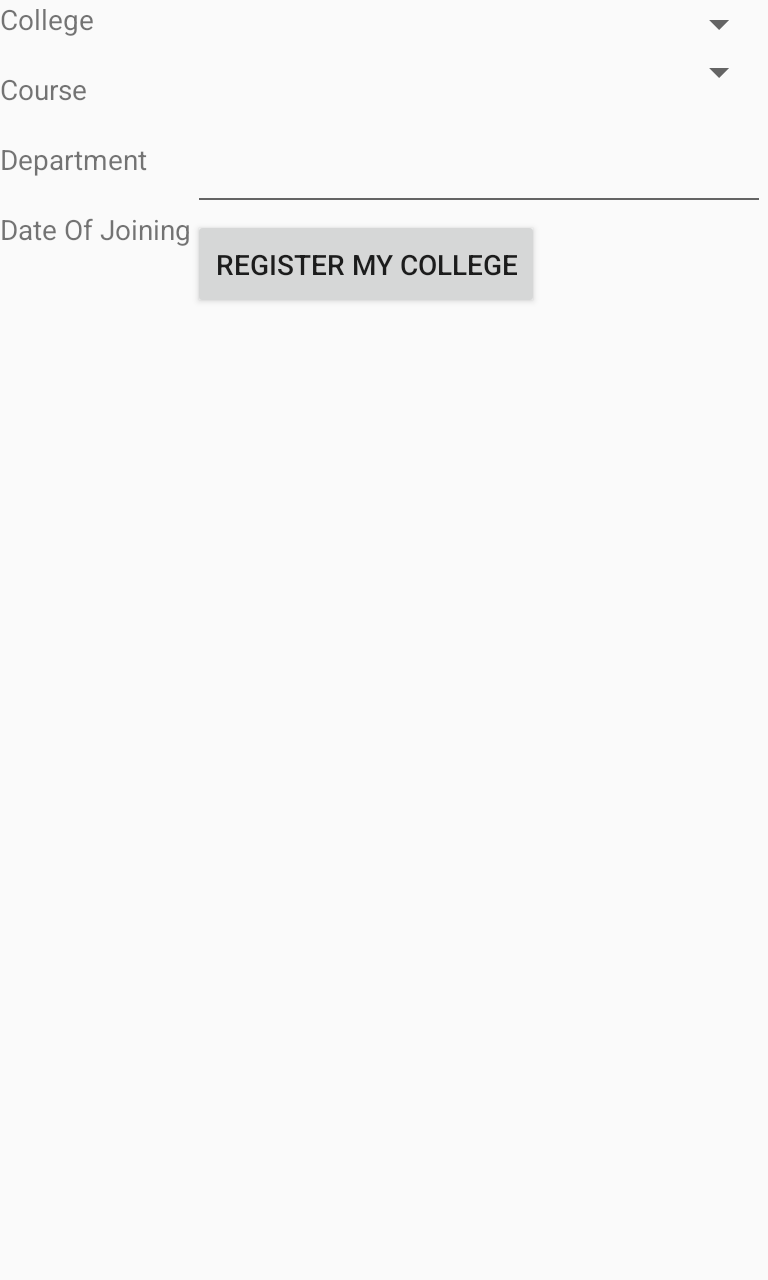
Repository: Prasannakumarb/CollegeMate
Layout: CollegeMate/CollegeMate/res/layout/activity_notification_home_screen.xml
An editor plug-in stored every save of this project. The layout is shown before and after the next save, followed by the edit.
It is drawn on a 768 x 1280 px phone screen (xhdpi) without system bars, with theme AppTheme; the app's code is not run.

Above is the layout before, as saved 2014-06-28 20:03:35.

### CollegeMate/CollegeMate/res/layout/activity_notification_home_screen.xml
<FrameLayout xmlns:android="http://schemas.android.com/apk/res/android"
    xmlns:tools="http://schemas.android.com/tools"
    android:id="@+id/container"
    android:layout_width="match_parent"
    android:layout_height="match_parent"
    tools:context="com.fyshadows.collegemate.RegistrationAdmin"
    tools:ignore="MergeRootFrame" >

    <LinearLayout
        android:layout_width="match_parent"
        android:layout_height="match_parent" >

        <LinearLayout
            android:layout_width="wrap_content"
            android:layout_height="match_parent"
            android:orientation="vertical" >

            <TextView
                android:id="@+id/Name"
                android:layout_width="wrap_content"
                android:layout_height="35dp"
                android:text="@string/college" />

            <TextView
                android:id="@+id/email"
                android:layout_width="wrap_content"
                android:layout_height="35dp"
                android:text="@string/course" />

            <TextView
                android:id="@+id/DOB"
                android:layout_width="wrap_content"
                android:layout_height="35dp"
                android:text="@string/dept" />

            <TextView
                android:id="@+id/sex"
                android:layout_width="wrap_content"
                android:layout_height="35dp"
                android:text="@string/yoj" />






        </LinearLayout>

        <LinearLayout
            android:layout_width="wrap_content"
            android:layout_height="match_parent"
            android:layout_weight="0.46"
            android:orientation="vertical" >


              <Spinner android:id="@+id/spincourse"
        android:layout_width="fill_parent"
        android:layout_height="wrap_content"/>

            <Spinner android:id="@+id/spindepart"
        android:layout_width="fill_parent"
        android:layout_height="wrap_content"/>



            <EditText
                android:id="@+id/editText_doj"
                android:layout_width="match_parent"
                android:layout_height="60dp"
                android:inputType="text" >
            </EditText>



            <Button
                android:id="@+id/Registeradmin"
                android:layout_width="wrap_content"
                android:layout_height="wrap_content"
                android:onClick="register"
                android:text="Register My College" />

        </LinearLayout>
    </LinearLayout>

</FrameLayout>

### CollegeMate/CollegeMate/res/values/strings.xml
<?xml version="1.0" encoding="utf-8"?>
<resources>

    <!-- App settings -->
    <string name="app_name">CollegeMate</string>
    <string name="action_settings">Settings</string>
    <string name="not_name">CollegeMate</string>

    <!-- Identification Screen -->
    <string name="Identify">Tell us your Role!</string>
    <string name="admin">ADMIN</string>
    <string name="student">STUDENT</string>

    <!-- Title -->
    <string name="Homescreen">Home</string>
    <string name="Friendlist">My Friends</string>

    <!-- Registration Screen -->
    <string name="title_activity_registration_admin">RegistrationAdmin</string>
    <string name="name">NAME</string>
    <string name="email">EMAIL</string>
    <string name="sex">SEX</string>
    <string name="dob">DOB</string>
    <string name="phone">Phone Number</string>
    <string name="Registeradmin">Continue to college details</string>
    <string name="selectPic">Select Picture</string>
    <string name="Browse">Browse</string>
    <string name="male">Male</string>
    <string name="female">Female</string>
    <string name="cityin">City In</string>

    <color name="BG">#F0EEEA</color>
    <color name="darkgrey">#C0C0C0</color>
    <color name="TopStrip">#9a4e20</color>
    <color name="acBarColor">#c1beb9</color>
    <color name="TopStripTextColor">#FFFFFF</color>
    <color name="TopStripborder">#4d4747</color>
    <color name="defaultTextColor">#302e2c</color>
    <color name="defaultButtonColor">#dddbd7</color>
    <color name="likeTextColor">#00CCFF</color>
    <color name="nonlikeTextColor">#908484</color>

    <!-- college Registration -->
    <string name="title_activity_admin_collegeregistraton">AdminCollegeregistraton</string>
    <string name="collname">College Name</string>
    <string name="collcity">College City</string>
    <string name="collegephonenumber">College Phone number</string>
    <string name="collegeemailid">College Email ID</string>
    <string name="collegewebsite">College Website</string>
    <string name="selectLogo">Select Logo</string>
    <string name="Registercollege">Register college</string>
    <string name="title_activity_admin_home">Admin Home</string>
    <string name="imagedesc">Profile Pic</string>
    <string name="drawer_open">Open</string>
    <string name="drawer_close">Close</string>
    <string name="title_activity_admin_home_screen">Admin_home_screen</string>
    <string name="hello_world">Hello world!</string>

    <!-- GCM -->

    <string name="menu_settings">Settings</string>
    <string name="title_activity_main">Push Notifications</string>
    <string name="error_config">Please set the %1$s constant and recompile the app.</string>
    <string name="already_registered">Device is already registered on server.</string>
    <string name="gcm_registered">From GCM: device successfully registered!</string>
    <string name="gcm_unregistered">From GCM: device successfully unregistered!</string>
    <string name="gcm_message">From GCM: you got message!</string>
    <string name="gcm_error">From GCM: error (%1$s).</string>
    <string name="gcm_recoverable_error">From GCM: recoverable error (%1$s).</string>
    <string name="gcm_deleted">From GCM: server deleted %1$d pending messages!</string>
    <string name="server_registering">Trying (attempt %1$d/%2$d) to register device on Demo Server.</string>
    <string name="server_registered">From Demo Server: successfully added device!</string>
    <string name="server_unregistered">From Demo Server: successfully removed device!</string>
    <string name="server_register_error">Could not register device on Demo Server after %1$d attempts.</string>
    <string name="server_unregister_error">Could not unregister device on Demo Server (%1$s).</string>
    <string name="options_register">Register</string>
    <string name="options_unregister">Unregister</string>
    <string name="options_clear">Clear</string>
    <string name="options_exit">Exit</string>
    <string name="title_activity_chat">ChatActivity</string>

    <!-- Chat activity -->
    <string name="main_empty_list">There is no recent conversation, write new message to start one.</string>

    <color name="Mytextcolor">#FFD700</color>
    <color name="Histextcolor">#7CFC00</color>
    <color name="textcolor">#000000</color>
    <color name="textFieldColor">#000</color>
    <color name="textShadow">#FFF</color>
    <color name="listViewBg">#DADFEE</color>
    <color name="sendLightColor">#8897BF</color>
    <color name="sendMeduimColor">#5D6CA5</color>
    <color name="sendDarkColor">#515F9F</color>
    <color name="barDarkColor">#CECECE</color>
    <color name="barMeduimColor">#DFDEE0</color>
    <color name="barLightColor">#F2F2F2</color>

    <string name="title_activity_message">MessageActivity</string>
    <string name="title_activity_friend_list">FriendList</string>
    <string name="title_activity_basic_home_screen">BasicHomeScreen</string>
    <string name="Welcomemsg">Welcome to CollegeMate. </string>
    <string name="quote"> We Connect people to Built FUTURE :).</string>
    <string name="Chattext"> CHAT</string>
    <string name="title_activity_friend_listview">FriendListview</string>
    <string name="title_section1">Section 1</string>
    <string name="title_section2">Section 2</string>
    <string name="title_section3">Section 3</string>
    <string name="SearchFriend">Search Friends</string>
    <string name="title_activity_registration_student">RegistrationStudent</string>
    <string name="title_activity_student_collegeregistration">StudentCollegeregistration</string>

    <!-- Chat activity -->
    <string name="college">College</string>
    <string name="course">Course</string>
    <string name="dept">Department</string>
    <string name="yoj">Date Of Joining</string>

    <!-- Discussion forum strings -->

    <string name="disc_forum">Discussion forum</string>
    <string name="disc_forum_create">Create a new discussion</string>
    <string name="disc_forum_category">Category</string>
    <string name="disc_forum_title">Title</string>
    <string name="disc_forum_description">Description</string>
    <string name="disc_forum_post">Create</string>
    <string name="disc_forum_view">View Discussions</string>
    <string name="title_activity_discussion_forum_home">DiscussionForumHome</string>
    <string name="title_activity_list_forum_topics">ListForumTopics</string>
    <string name="title_activity_forum_full_view">ForumFullView</string>
    <string name="title_activity_swipe_screen">SwipeScreen</string>
    <string name="title_activity_forum_comments_view">ForumCommentsView</string>
    <string name="swipe_for_comments">&lt;&lt; Swipe left to view comments &gt;&gt;</string>
    <string name="title_activity_notification_home_screen">NotificationHomeScreen</string>

</resources>

Loaded but not shown: CollegeMate/CollegeMate/res/values/styles.xml (common file); CollegeMate/CollegeMate/res/values-v11/styles.xml (common file); CollegeMate/CollegeMate/res/values-v14/styles.xml (common file)

After the next save:
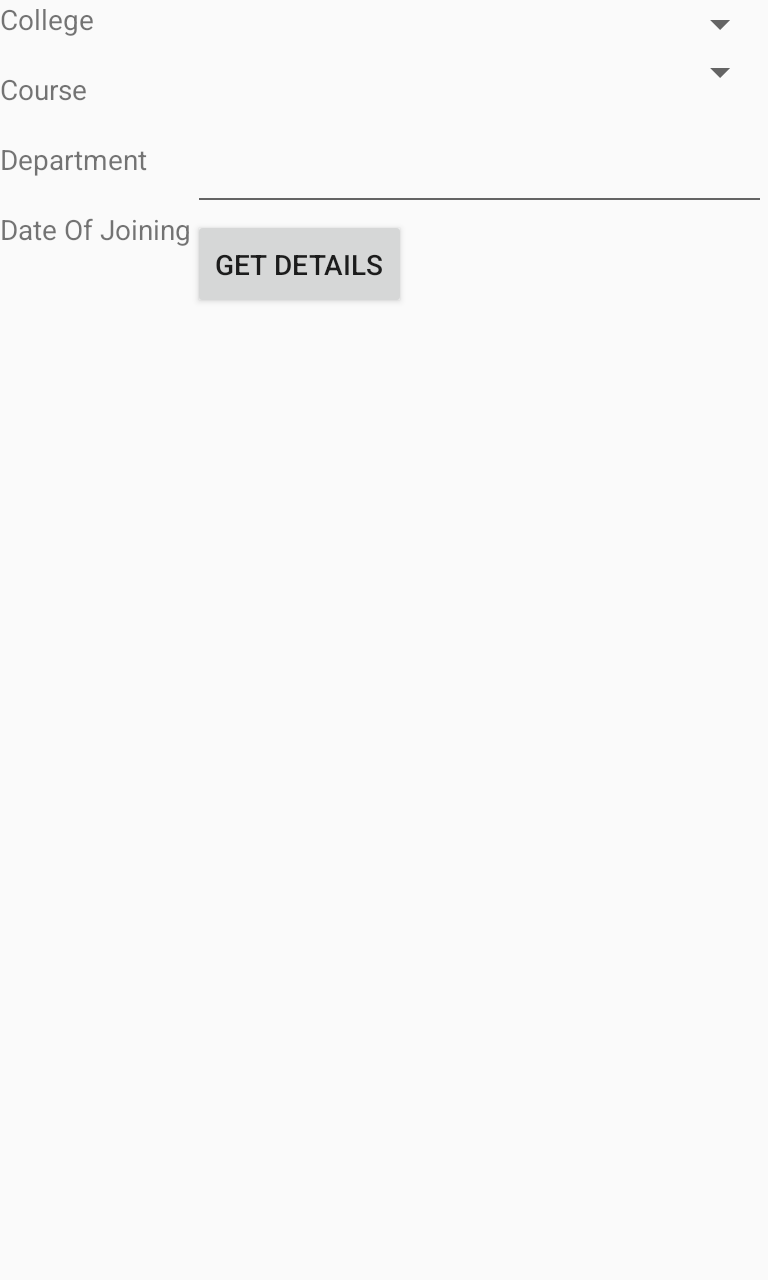
Saved 85 s later.
--- a/CollegeMate/CollegeMate/res/layout/activity_notification_home_screen.xml
+++ b/CollegeMate/CollegeMate/res/layout/activity_notification_home_screen.xml
@@ -76,8 +76,8 @@
                 android:id="@+id/Registeradmin"
                 android:layout_width="wrap_content"
                 android:layout_height="wrap_content"
-                android:onClick="register"
-                android:text="Register My College" />
+                android:onClick="Getdetails"
+                android:text="Get Details" />
 
         </LinearLayout>
     </LinearLayout>
